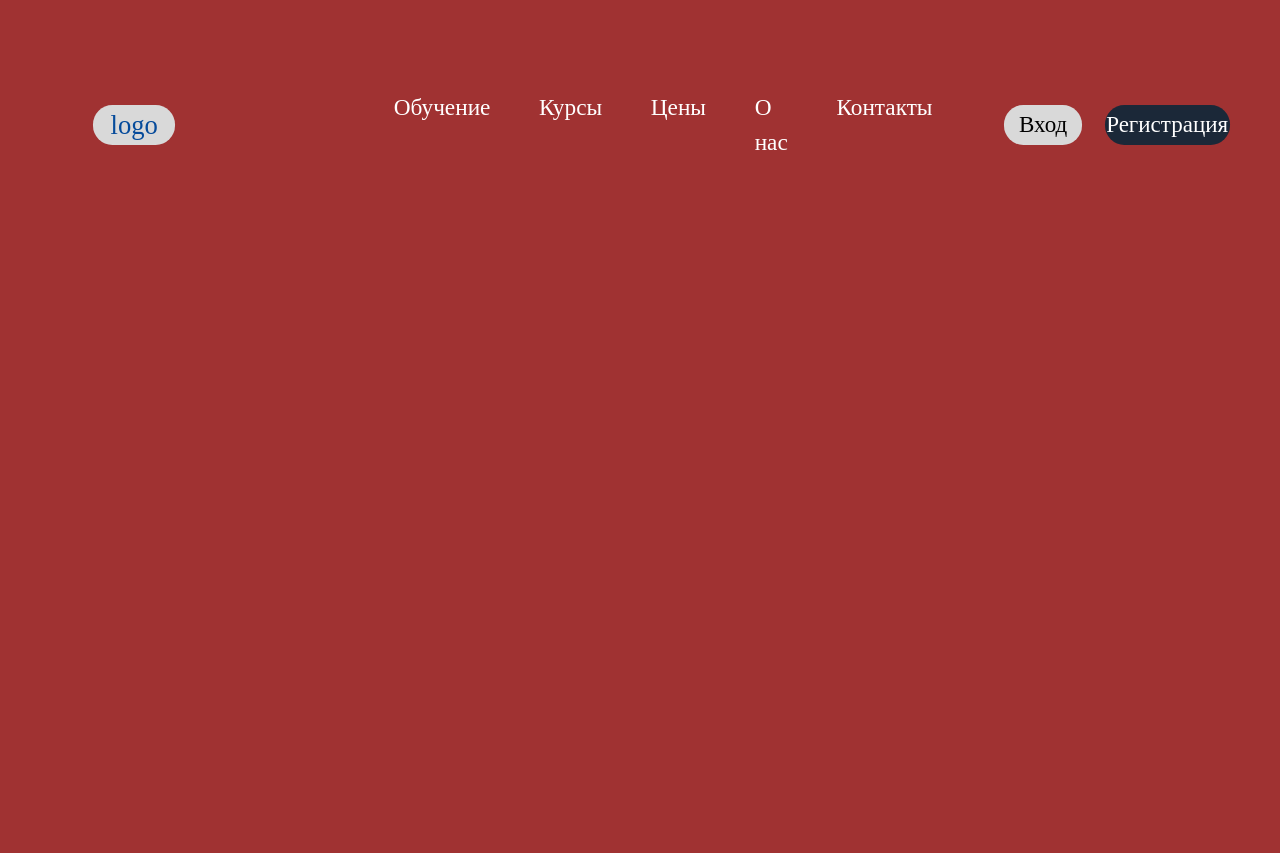
Repository: marjango/course
Page: /
An editor plug-in stored every save of this project. The page is shown before and after the next save, followed by the edit.
The browser window is 1280 px wide. The pictures show the whole page.
The project was rebuilt for these pictures with package versions that can differ from the ones it lists, and the page was loaded fresh each time. The framework's server and built-in components were replaced by stand-ins that run in the browser. Also part of the build but not shown: next.config.ts.

Above is the page before, as saved 2025-03-24 22:35:26.

### app/layout.tsx
import type { Metadata } from "next";
import "./globals.css";
import './fonts.css';


export const metadata: Metadata = {
  title: "Create Next App",
  description: "Generated by create next app",
};

export default function RootLayout({
  children,
}: Readonly<{
  children: React.ReactNode;
}>) {
  return (
    <html lang="en">
      <body

      >
        {children}
      </body>
    </html>
  );
}

### app/page.tsx
import Image from "next/image";
import Mainpage from "./mainpage/page";


export default function Home() {
  return (
    <>
     <Mainpage/>
    </>
  );
}

### app/globals.css
@import "tailwindcss";

* {
  font-family: 'Doloman Pavljenko';
}

### app/fonts.css
@font-face {
    font-family: 'Doloman Pavljenko';
    src: url('/fonts/DolomanPavljenco.otf') format('otf'),
         url('/fonts/DolomanPavljenco.otf') format('otf');
    font-weight: normal;
    font-style: normal;
  }

### app/mainpage/page.tsx
import React from "react";
import s from "./main.module.css";
import Link from "next/link";

const Mainpage = () => {
  return (
    <div className={s.container}>
      <div className={s.header}>
        <Link href="./auth/login" className={s.logo}>logo</Link>

        <div className={s.nav}>
          <Link href="#">Обучение</Link>
          <Link href="#">Курсы</Link>
          <Link href="#">Цены</Link>
          <Link href="#">О нас</Link>
          <Link href="#">Контакты</Link>
        </div>

        <div className={s.auth}>
            <Link href="./auth/login" className={s.login}>Вход</Link>
            <Link href="./auth/registration" className={s.registration}>Регистрация</Link>
        </div>
      </div>
    </div>
  );
};

export default Mainpage;

### app/mainpage/main.module.css
.container {
    position: relative; /* Необходимо для позиционирования псевдоэлемента */
    width: 100%;
    height: 66.67vw;
    padding: 7.03vw 7.29vw 0 7.29vw;
    background-color: #A03232; /* Задаем цвет фона без прозрачности */
  }

  .header {
    background: transparent;
    display: flex;
    justify-content: space-between;
    align-items: center;
    width: 100%;
  }

  .logo {
    margin-right: 17.08vw;
    padding: 0.52vw 1.35vw;
    background-color: #d9d9d9;
    border: none;
    border-radius: 1.51vw;
    color: #064b9b;
    font-size: 2.08vw;
    line-height: 2.08vw;
    font-weight: 300;
  }

  .nav {
    justify-self: center;
    color: white;
    font-size: 1.82vw;
    font-weight: 300;
    display: flex;
    gap: 3.8vw;
  }

  .auth {
    margin-left: 5.57vw;
    display: flex;
    gap: 1.72vw;
  }

  .login {
    background-color: #d9d9d9;
    width: 6.15vw;
    height: 3.13vw;
    display: flex;
    justify-content: center;
    align-items: center;
    border: none;
    border-radius: 1.51vw;
    color: black;
    font-size: 1.8vw;
    line-height: 1.8vw;
    font-weight: 300;
  }

  .registration {
    background-color: #1b2838;
    width: 9.79vw;
    height: 3.13vw;
    display: flex;
    justify-content: center;
    align-items: center;
    border: none;
    padding: 0.67vw 1.04vw;
    border-radius: 1.51vw;
    color: white;
    font-size: 1.8vw;
    line-height: 1.8vw;
    font-weight: 300;
  }

After the next save:
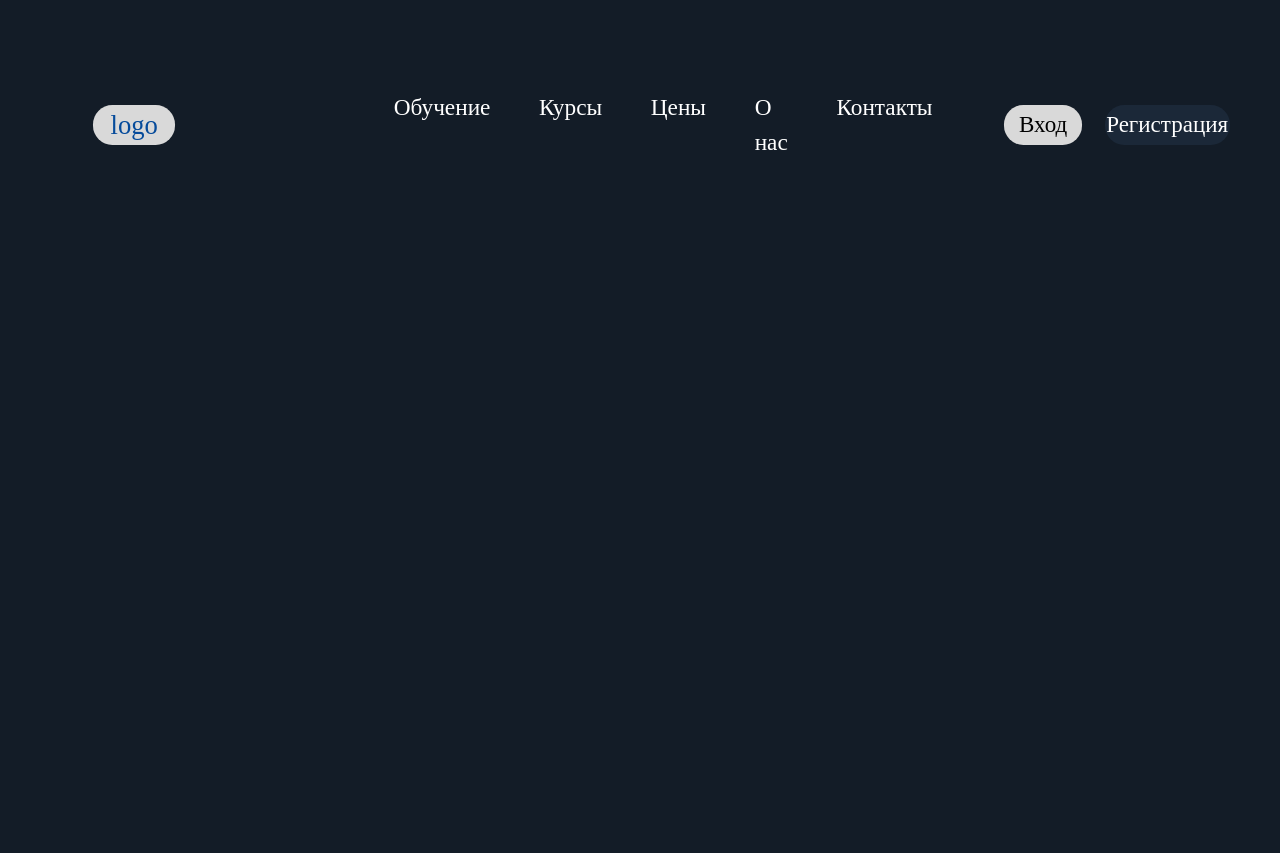
Saved 22 s later.
--- a/app/mainpage/main.module.css
+++ b/app/mainpage/main.module.css
@@ -3,7 +3,7 @@
     width: 100%;
     height: 66.67vw;
     padding: 7.03vw 7.29vw 0 7.29vw;
-    background-color: #A03232; /* Задаем цвет фона без прозрачности */
+    background-color: #131C27; /* Задаем цвет фона без прозрачности */
   }
 
   .header {
